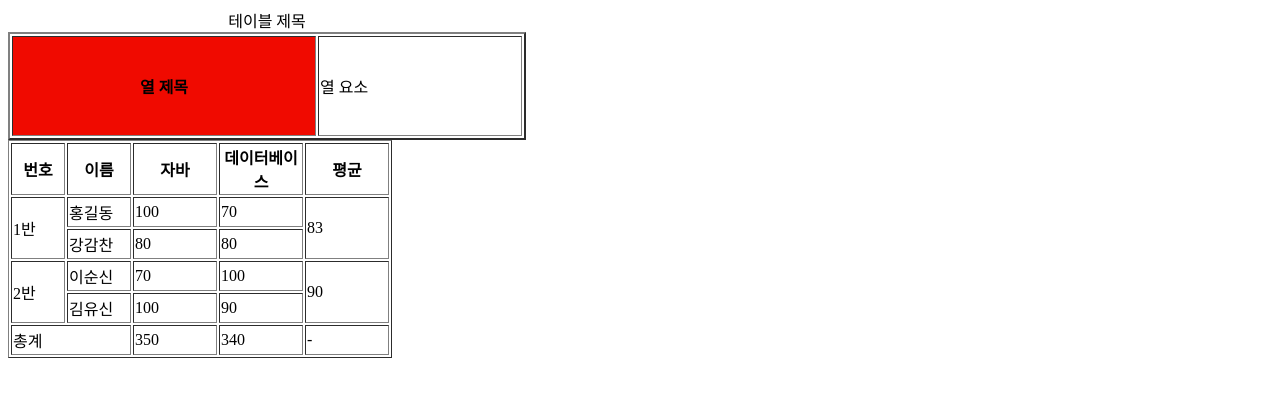
Repository: Leewonhoo/kostaweb
Page: Web_hello/WebContent/table.html
An editor plug-in stored every save of this project. The page is shown before and after the next save, followed by the edit.
The browser window is 1280 px wide. The pictures show the whole page.

Above is the page before, as saved 2017-09-08 05:37:25.

After the next save:
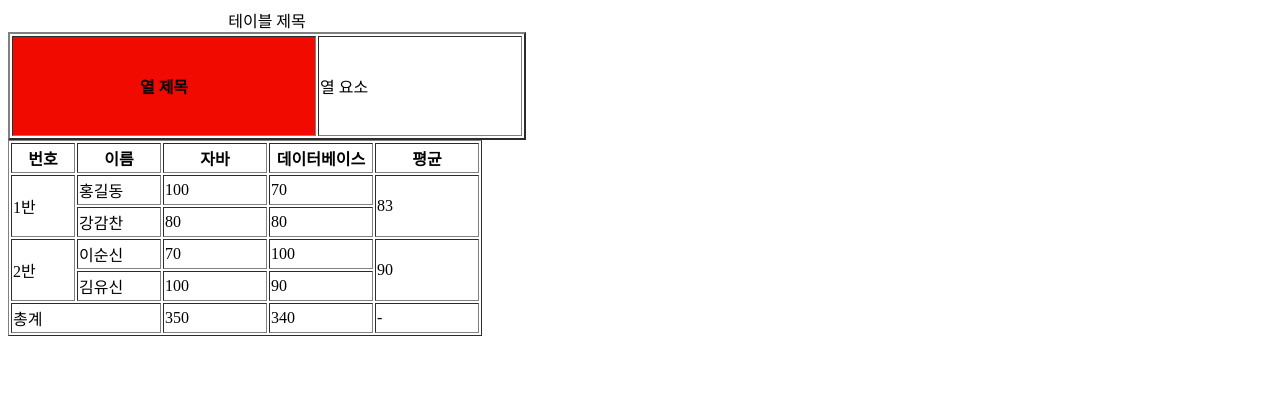
Saved 23 s later.
--- a/Web_hello/WebContent/table.html
+++ b/Web_hello/WebContent/table.html
@@ -16,11 +16,11 @@
 
 	<table border="1">
 		<tr height="30px">
-			<th width="50px">번호</th>
-			<th width="60px">이름</th>
-			<th width="80px">자바</th>
-			<th width="80px">데이터베이스</th>
-			<th width="80px">평균</th>
+			<th width="60px">번호</th>
+			<th width="80px">이름</th>
+			<th width="100px">자바</th>
+			<th width="100px">데이터베이스</th>
+			<th width="100px">평균</th>
 		</tr>
 		<tr height="30px">
 			<td rowspan="2">1반</td>
